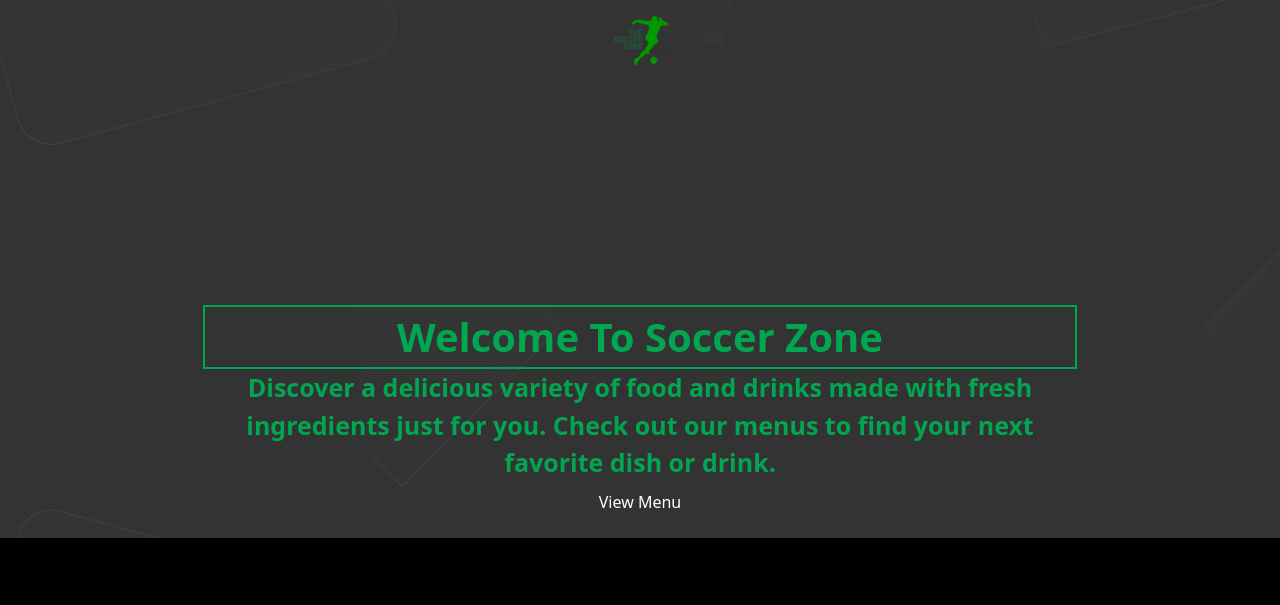
Repository: Rickyy1017/SoccerZone
Page: / (app in soccer-zone/)
An editor plug-in stored every save of this project. The page is shown before and after the next save, followed by the edit.
The browser window is 1280 px wide. The pictures show the whole page.
The project was rebuilt for these pictures with package versions that can differ from the ones it lists, and the page was loaded fresh each time. Also part of the build but not shown: soccer-zone/src/pages/FoodDetails.tsx. Imported but missing from the stored project, and not drawn on this page: soccer-zone/src/pages/Menu.

Above is the page before, as saved 2025-05-10 14:39:36.

### soccer-zone/src/index.css
@import "tailwindcss";

@layer components {
  /* PRIMARY COLORS */
  .bg-primary {
    @apply bg-[#00a650];
  }

  .bg-primary-d {
    @apply bg-[#006837];
  }

  .text-primary {
    @apply text-[#00a650];
  }

  .text-primary-dark {
    @apply text-[#006837];
  }

  /* SECONDARY COLORS */
  .bg-secondary {
    @apply bg-[#ffffff];
  }

  .bg-secondary-d {
    @apply bg-[#333333];
  }

  .text-secondary {
    @apply text-[#ffffff];
  }

  .text-secondary-dark {
    @apply text-[#333333];
  }

  /* ACCENT COLORS */
  .bg-accent {
    @apply bg-[#a2ff73];
  }

  .bg-accent-d {
    @apply bg-[#000000];
  }

  .text-accent {
    @apply text-[#a2ff73];
  }

  .text-accent-dark {
    @apply text-[#000000];
  }

  /* Example Button */
  .btn-primary {
    @apply bg-[#00a650] text-white px-4 py-2 rounded font-semibold;
  }

  .btn-accent {
    @apply bg-[#a2ff73] text-[#000000] px-4 py-2 rounded font-semibold;
  }
}

### soccer-zone/src/App.tsx
import { BrowserRouter, Routes, Route } from "react-router-dom";
import Home from "../src/pages/Home";
import Menu from "../src/pages/Menu";
import FoodDetails from "../src/pages/FoodDetails";
import { APP_ROUTES } from "../src/routes/AppRoutes";
import './index.css'


function App() {
  return (
    <BrowserRouter>
      <Routes>
        <Route path={APP_ROUTES.HOME} element={<Home />} />
        <Route path={APP_ROUTES.MENU} element={<Menu />} />
        <Route path={APP_ROUTES.DETAILS} element={<FoodDetails />} />
      </Routes>
    </BrowserRouter>
  );
}

export default App;

### soccer-zone/src/pages/Home.tsx
import { useNavigate } from "react-router-dom";
import { APP_ROUTES } from "../routes/AppRoutes";
import Logo from "../assets/svg/soccer zone.png";
import Bg from "../assets/svg/bg.png";

const Home = () => {
  const navigate = useNavigate();

  return (
    <div className="bg-black h-screen ">
      <div
        className="p-4  bg-secondary-d flex flex-col items-center justify-center align-middle "
        style={{ backgroundImage: `url(${Bg})` }}
      >
        <div className="flex justify-center mb-[15rem]">
          <img src={Logo} alt="" className="w-[70px] j" />
        </div>

        <div className="text-center text-primary max-w-[70%]">
          <h1 className="  font-semibold text-[40px] border-2 pb ">
            Welcome To Soccer Zone
          </h1>
          <p className="font-semibold text-[25px]">
            Discover a delicious variety of food and drinks made with fresh
            ingredients just for you. Check out our menus to find your next
            favorite dish or drink.
          </p>
        </div>

        <button
          onClick={() => navigate(APP_ROUTES.MENU)}
          className="bg-secondary-light text-white px-4 py-2 rounded"
        >
          View Menu
        </button>
      </div>
    </div>
  );
};

export default Home;

### soccer-zone/src/routes/AppRoutes.tsx
export const APP_ROUTES = {
    HOME: "/",
    MENU: "Menu",
    DETAILS: "/FoodDetails",
  };

Loaded but not shown: soccer-zone/index.html (common file); soccer-zone/src/main.tsx (common file)

After the next save:
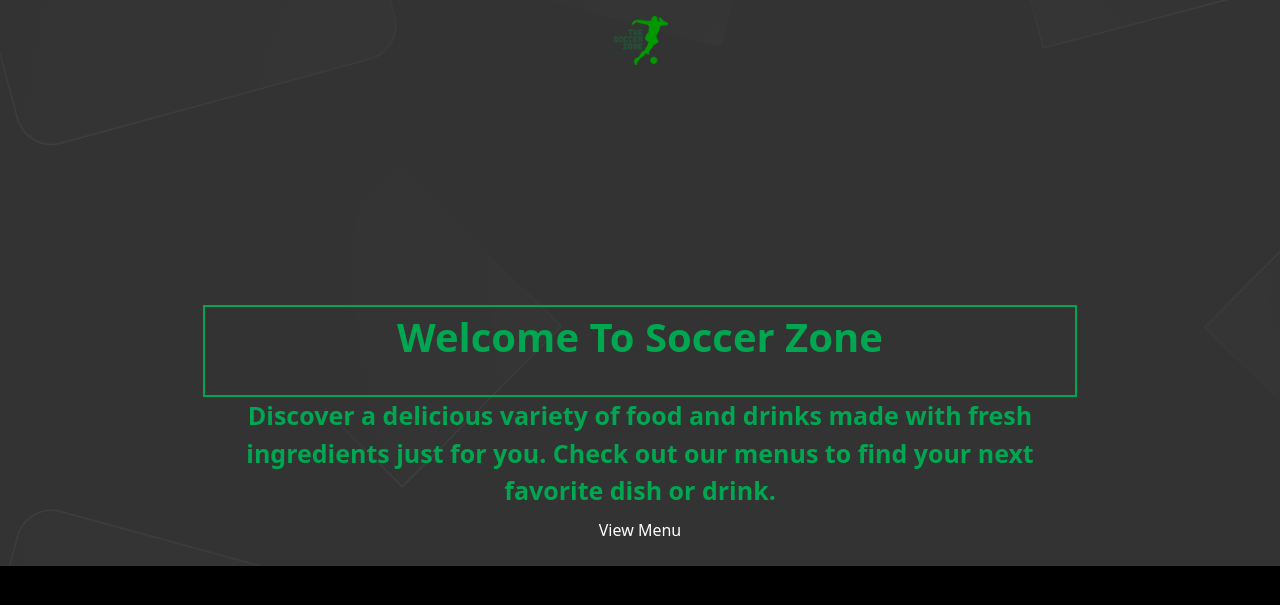
Saved 4 s later.
--- a/soccer-zone/src/pages/Home.tsx
+++ b/soccer-zone/src/pages/Home.tsx
@@ -17,7 +17,7 @@
         </div>
 
         <div className="text-center text-primary max-w-[70%]">
-          <h1 className="  font-semibold text-[40px] border-2 pb ">
+          <h1 className="  font-semibold text-[40px] border-2 pb-7 ">
             Welcome To Soccer Zone
           </h1>
           <p className="font-semibold text-[25px]">
